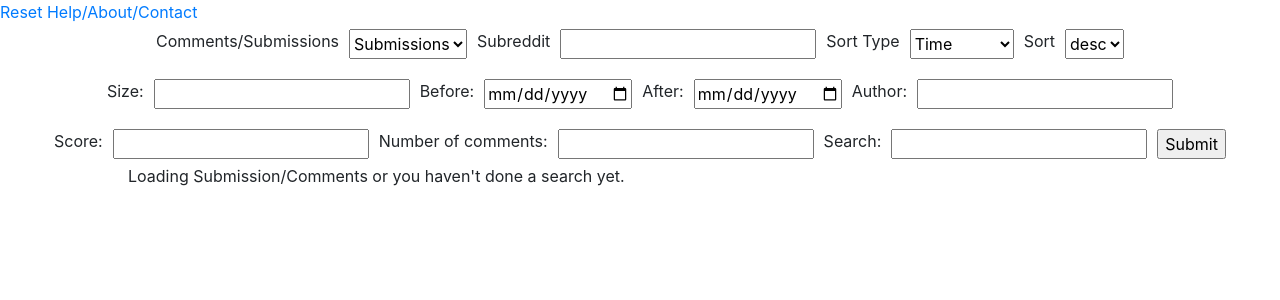
Repository: ihsoyCT/ctarchive
Page: dist/index.html
The author's editor kept a copy of each file at every save. The page is drawn from the files as they stood at one save, then again after the next save.
The browser window is 1280 px wide. The pictures show the whole page.

Above is the page before, as saved 2022-05-03 17:18:15.

### dist/index.html
<!DOCTYPE html>
<html>
  <head>
    <title>Reddit Archive</title>
    <style>
      .children {
        margin-left: 20px;
      }
      .score {
        margin-top: auto;
        margin-bottom: auto; /* width: 20px; */
        padding-left: 8px; /* align-items: center; */ /* justify-content: center; */ /* align-self: center; */
        width: 2%;
      }

      .submissionclass {
        height: auto;
        background-color: lightgray;
        margin: 20px 0px 20px 0px;
        display: flex;
      }

      .main {
        margin-left: 10px;
      }

      .thumbnail {
        /* FLOAT: right; */
        margin-left: auto;
      }

      div#content {
        width: 80%;
        margin: auto;
      }

      #submission a {
        font-size: 10px;
      }

      #submission .post a {
        font-size: 1rem;
      }

      #orhans {
        background-color: red;
      }

      .posted {
        font-size: 10px;
      }
      .thumbnail img {
        max-width: 400px;
      }
      h3 {
        margin: 0;
      }
      p.comment_title {
        font-size: 10px;
      }

      .post {
        background-color: lightgrey;
        border: solid;
        border-width: 1px;
        margin-bottom: 5px;
        font-size: 1rem;
      }

      .post_highlight {
        background-color: rgb(87, 131, 87);
        border: solid;
        border-width: 1px;
        margin-bottom: 5px;
        font-size: 1rem;
      }

      .searchFlex {
        display: flex;
        flex-wrap: wrap;
        justify-content: center;
      }

      .searchFlex * {
        margin: 5px;
      }

      .break {
        flex-basis: 100%;
        height: 0;
      }
    </style>
    <link
      rel="stylesheet"
      href="https://stackpath.bootstrapcdn.com/bootstrap/4.5.0/css/bootstrap.min.css"
      integrity="sha384-9aIt2nRpC12Uk9gS9baDl411NQApFmC26EwAOH8WgZl5MYYxFfc+NcPb1dKGj7Sk"
      crossorigin="anonymous"
    />
    <script
      src="https://code.jquery.com/jquery-3.5.1.slim.min.js"
      integrity="sha384-DfXdz2htPH0lsSSs5nCTpuj/zy4C+OGpamoFVy38MVBnE+IbbVYUew+OrCXaRkfj"
      crossorigin="anonymous"
    ></script>
    <script
      src="https://cdn.jsdelivr.net/npm/popper.js@1.16.0/dist/umd/popper.min.js"
      integrity="sha384-Q6E9RHvbIyZFJoft+2mJbHaEWldlvI9IOYy5n3zV9zzTtmI3UksdQRVvoxMfooAo"
      crossorigin="anonymous"
    ></script>
    <script
      src="https://stackpath.bootstrapcdn.com/bootstrap/4.5.0/js/bootstrap.min.js"
      integrity="sha384-OgVRvuATP1z7JjHLkuOU7Xw704+h835Lr+6QL9UvYjZE3Ipu6Tp75j7Bh/kR0JKI"
      crossorigin="anonymous"
    ></script>
  </head>
  <div class="error" id="error"></div>
  <div class="left">
    <a href="./index.html" id="back">Reset</a>
    <a href="./about.html" id="back">Help/About/Contact</a>
    <div id="searchform">
      <form id="search_form">
        <div class="searchFlex">
          <label for="mode">Comments/Submissions</label>
          <select id="mode" name="mode">
            <option value="submissions">Submissions</option>
            <option value="comments">Comments</option>
          </select>
          <label for="subreddit"> Subreddit </label>
          <input type="text" name="subreddit" id="subreddit" />
          <label for="sort_type">Sort Type</label>
          <select name="sort_type" id="sort_type">
            <option value="created_utc">Time</option>
            <option value="score">Score</option>
            <option value="num_comments">Comments</option>
          </select>
          <label for="sort">Sort</label>
          <select name="sort" id="sort">
            <option value="desc">desc</option>
            <option value="asc">asc</option>
          </select>
          <div class="break"></div>
          <label for="size">Size:</label
          ><input type="text" name="size" id="size" />
          <label for="before">Before:</label>
          <input type="date" name="before" id="before" />
          <label for="after">After:</label>
          <input type="date" name="after" id="after" />
          <label for="author">Author:</label>
          <input type="text" name="author" id="author" />
          <div class="break"></div>
          <label for="score">Score:</label>
          <input type="text" name="score" id="score" />
          <label for="num_comments">Number of comments:</label>
          <input type="text" name="num_comments" id="num_comments" />
          <label for="q">Search:</label>
          <input type="text" name="q" id="q" />
          <input type="submit" />
        </div>
      </form>
    </div>
  </div>
  <div id="status"></div>
  <div id="content"></div>
  <div id="orphans"></div>
  <body>
    <script src="index.js"></script>
  </body>
</html>

Loaded but not shown: dist/index.js (library)

After the next save:
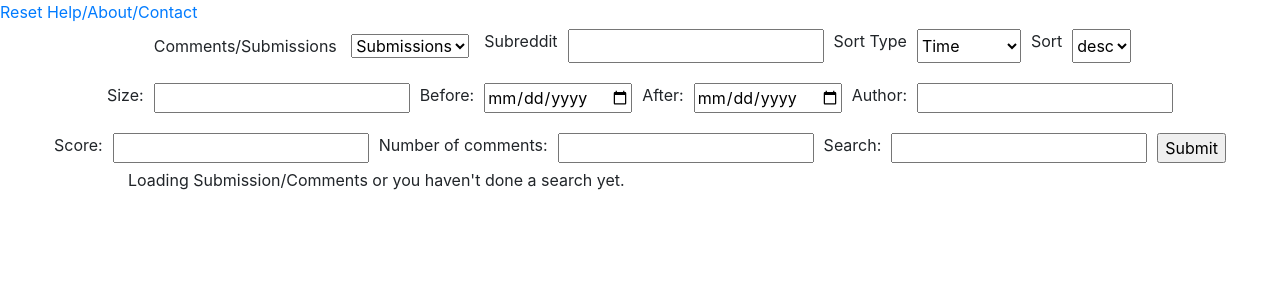
Saved 78 s later.
--- a/dist/index.html
+++ b/dist/index.html
@@ -119,11 +119,13 @@
     <div id="searchform">
       <form id="search_form">
         <div class="searchFlex">
-          <label for="mode">Comments/Submissions</label>
-          <select id="mode" name="mode">
-            <option value="submissions">Submissions</option>
-            <option value="comments">Comments</option>
-          </select>
+          <label for="mode">
+            <span class="label">Comments/Submissions</span>
+            <select id="mode" name="mode">
+              <option value="submissions">Submissions</option>
+              <option value="comments">Comments</option>
+            </select>
+          </label>
           <label for="subreddit"> Subreddit </label>
           <input type="text" name="subreddit" id="subreddit" />
           <label for="sort_type">Sort Type</label>
